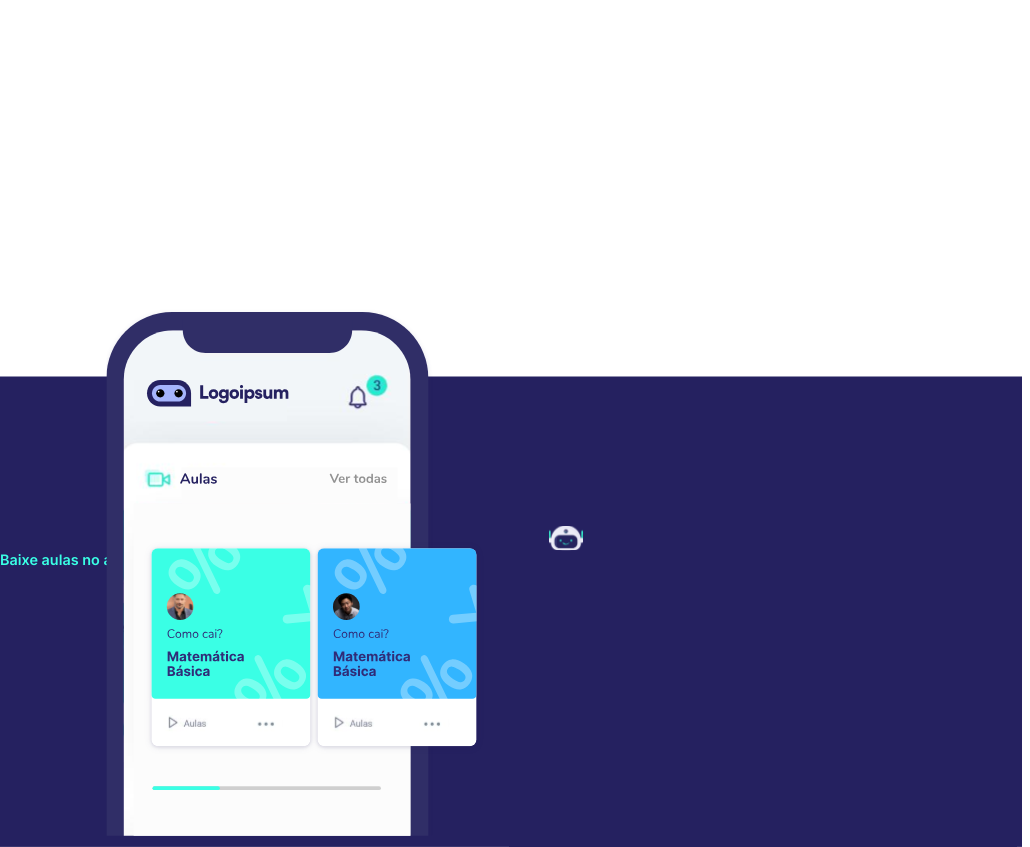
Repository: Williamlmachado/Desafio-Landing-page
Page: index.html
An editor plug-in stored every save of this project. The page is shown before and after the next save, followed by the edit.
The browser window is 1280 px wide. The page is 1472 px wide, so the pictures cover 1472 px, including what lies to the right of the window. The pictures show the part of the page from y = 3997 to 5677 px (the page is 5207 px tall before and 5677 px after), at 70% of full size.
Some icons come from a web library that is not loaded, so they are not drawn.

Above is the page before, as saved 2021-11-10 16:47:25.

### index.html
<!DOCTYPE html>
<html lang="en">

<head>
  <meta charset="UTF-8">
  <meta http-equiv="X-UA-Compatible" content="IE=edge">
  <meta name="viewport" content="width=device-width, initial-scale=1.0">
  <link rel="stylesheet" href="path/to/font-awesome/css/font-awesome.min.css">
  <link href="https://fonts.googleapis.com/css2?family=Inter:wght@100;200;300;400;500;600&display=swap" rel="stylesheet">
  <link href="https://fonts.googleapis.com/css2?family=Nunito:ital,wght@0,200;0,300;0,400;0,700;0,800;0,900;1,200;1,300;1,400;1,600;1,700;1,800;1,900&display=swap" rel="stylesheet">
  <link href="https://fonts.googleapis.com/css2?family=Fredoka+One&display=swap" rel="stylesheet">
  <link href="https://cdn.jsdelivr.net/npm/bootstrap@5.1.3/dist/css/bootstrap.min.css" rel="stylesheet"
    integrity="sha384-1BmE4kWBq78iYhFldvKuhfTAU6auU8tT94WrHftjDbrCEXSU1oBoqyl2QvZ6jIW3" crossorigin="anonymous">
  <link rel="stylesheet" href="style.css">
  <script src="https://cdn.jsdelivr.net/npm/bootstrap@5.1.3/dist/js/bootstrap.bundle.min.js"
    integrity="sha384-ka7Sk0Gln4gmtz2MlQnikT1wXgYsOg+OMhuP+IlRH9sENBO0LRn5q+8nbTov4+1p"
    crossorigin="anonymous"></script>
  <title>Document</title>

<body>
  <nav class="navbar navbar-expand-lg navbar-light bg-light">
    <a class="navbar-brand" href="#">
      <img src="img/logoipsum-logo-40 2.svg" alt="logo">
    </a>
    <button class="navbar-toggler" type="button" data-toggle="collapse" data-target="#navbarNav" aria-controls="navbarNav" aria-expanded="false" aria-label="Toggle navigation">
      <span class="navbar-toggler-icon"></span>
    </button>
    <nav>
    <div class="collapse navbar-collapse" id="navbarNav">
      <ul class="navbar-nav">
      <nav class="navbar-nav ml-auto">
        <li class="nav-item">
          <a class="nav-link disabled" href="#">Home <span class="sr-only"></span></a>
        </li>
        <li class="nav-item">
          <a class="nav-link disabled" href="#">Quem Somos</a>
        </li>
        <li class="nav-item-right">
          <a class="nav-link disabled" href="#">Plano</a>
        </li>
        <li class="nav-item">
          <a class="nav-link disabled" href="#">Fale Conosco</a>
        </li>
        <li class="nav-item">
          <button class="nav-button" type="button">Entrar</button>
        </li>
      </nav>
      </ul>
    </div>
  </nav>
    <div class="retangle-1">
      <div class="row">
          <div class="retangle-8">
           <div class="col"><img class="spaceboy" src="img/image 3.svg" alt="astronauta"><H4 class="frase1">Seja aprovado no Enem e Vestibulares :)</H4>
          <H1 class="frase2">Você escolhe o que aprender.</H1></div>
          <h4 class="frase3">Aqui você terá toda assistência que precisa
            com materiais desenvolvido por mestres e doutores em matemática</h4>
          <button type="button" class="buttonret"><p class="fraseButton">Veja nossos planos</p><i class="fas fa-arrow-right"></i></button>
          </div>
          </div>
        <div class="col"><img class="boy" src="img/image 8.svg" alt="garoto"></div>
     </div>
    </div>
  <div class="retangle-2">
    <div class="escolas">
    <img src="img/Captura de Tela 2021-05-22 às 02.33 1.svg" alt="escolas">
  </div>
  <div class="row">
    <div class="col"><img class="smallogos" src="img/Group 53.svg" alt="smallogos"><p class="group12"><img class="group12" src="img/Group 12.svg"></p><p><img class="group13" src="img/Group 13.svg"></p><p><img class="group14" src="img/Group 14.svg"></p></div>
    <div class="col"><img class="adolescente" src="img/pretty-teenager-happy-to-be-back-at-university 1.svg" alt="prettyteenager"></div>
  </div>
    <div class="retangle-3">
      <div class="row">
        <div class="column1"><img class="feliz" src="img/image 43.svg" alt="foguete"><div class="frase4"><p>100% MATEMÁTICA</p></div><h3 class="frase5">Matemática pra quem quer entrar na facul</h3><h4 class="frase6">Somos um cursinho online especialista em ensinar matemática. Temos os melhores professores mestres e doutores para tirar suas dúvidas e te ensinar matemática desde a teoria até a resolução de exercícios de todos os níveis.</h4></div></div>

       <div class="column2"><img class="foguete" src="img/image 45.svg" alt="feliz"><div class="frase7"><p>QUER SER APROVADO?</p></div><h3 class="frase8">Se seu foco é ser aprovado, nós estamos aqui por você.</h3><h4 class="frase9">Somos um cursinho online especialista em ensinar matemática. Temos os melhores professores mestres e doutores para tirar suas dúvidas e te ensinar matemática desde a teoria até a resolução de exercícios de todos os níveis.</h4></div></div>
        </div>
      </div>
    </div>
    <div class="retangle-4">
      <div class="row">
        <div class="col"><img class="celular" src="img/Frame 12.svg"><img class="celulardados" src="img/Group 41.svg"><img class="spaceboy2" src="img/image 3.svg" alt="spaceboy2"><h4 class="Baixe">Baixe aulas no app e estude offline</h4></div>
        <div class="col"></div>
    </div>
  </div>
  <!-- <footer id="footer" class="py-5">
    <div class="row">
      <div class="col-md-5">
        <img class="" src="img/logoipsum-logo-40 2.svg" alt="logo">
        <div><img class=""src="img/Captura de Tela 2021-05-25 às 19.59 1.svg" alt="androideios"></div>
      </div>
      <div class="col-sm-2">
        <h5>Localização</h5>
        <p>Av. Brg. Faria Lima , 1422 São Paulo - SP </p>
      </div>
      <div class="col-sm-2">
        <h5>Fale Conosco</h5>
        <p>(22) 4442-0126</p>
        <p>info@digihouse.com</p>
      </div>
      <div class="col-sm-2">
        <h5>Política</h5>
        <p>Direitos autorais</p>
        <p>Termos de uso</p>
        <p>Políticas de Privacidade</p>
      </div>
      <hr class="linha"> -->
      <!-- <img class="copyright" src="img/Copyright.svg" alt="copyright"> -->
<span>Copyright 2021. All Right Reserved </span>
  </footer>
  </div>
</body>
</head>
</html>

### style.css
.nav-button{
    display: flex;
    flex-direction: row;
    justify-content: center;
    align-items: center;
    padding: 15px 116px;

    width: 133px;
    height: 43px;
    left: 1239px;
    top: 18px;

    /* Primary */
    background: #252160;

    /* Branco */
    border: 1px solid #FFFFFF;
    box-sizing: border-box;
    border-radius: 6px;
    color: #FFFFFF;
}

.nav-home{
    position: absolute;
    width: 46px;
    height: 22px;
    left: 5px;
    top: 0px;

    font-family: Inter;
    font-style: normal;
    font-weight: bold;
    font-size: 16px;
    line-height: 22px;

    /* identical to box height, or 137% */

    /* Primary */
    color: #252160;
}

.navbrad-brand{
    position: absolute;
    left: 58.02%;
    right: 35.2%;
    top: 34.99%;
    bottom: 29.03%;

    /* Primary */
    background: #252160;
}

#footer{
    position: absolute;
    width: 1550px;
    height: 373px;
    /* left: calc(50% - 1449px/2 + 4.5px); */
    top: calc(50% - 373px/2 + 2603.5px);

    /* Branco */
    background: #FFFFFF;
}

.imagemfooter{
    position: absolute;
    left: 3.51%;
    right: 72.51%;
    top: 18.75%;
    bottom: 18.75%;
    color: #A5B4FC;
}

.linha{
    margin-top: 150px;
    position: absolute;
    width: 1210px;
    left: 135px;
    border: 1px solid rgba(84, 84, 212, 0.34);
}

.col-md-5{
    align-items: center;
    align-content: center;
}

.copyright{

}

.retangle-1{
    position: absolute;
    width: 1440px;
    height: 821px;
    left: 0px;
    top: 79px;

    /* Primary */
    background: #252160;
}

.spaceboy{
    position: absolute;
    width: 50.02px;
    height: 36.06px;
    left: 125px;
    right: 150px;
    flex: none;
    order: 0;
    flex-grow: 0;
    margin: 50px -15px;
    transform: rotate(+15.22deg);
}

.retangle-2{
    position: absolute;
    width: 1440px;
    height: 821px;
    left: 0px;
    top: 900px;
    background: #ffff;
}
.retangle-3{
    position: absolute;
    width: 1440px;
    height: 954px;
    left: 0px;
    top: 800px;
    background: #F8F8F8
}

.escolas{
    position: absolute;
    width: 1270px;
    height: 164px;
    left: 66px;
    top: 35px;
}

.adolescente{
    position: relative;
    width: 600px;
    height: 738px;
    left: 25px;
    top: 105px;
    flex: none;
    order: 0;
    flex-grow: 0;
    margin: 6px 0px;
}

.smallogos{
    position: absolute;
    width: 67.79px;
    height: 403.63px;
    left: 112px;
    top: 275px;
}

.group12{
    position: absolute;
    width: 510.72px;
    height: 141px;
    left: 80px;
    top: 220px;
}

.group13{
    position: absolute;
    width: 510.72px;
    height: 155px;
    left: 195px;
    top: 275px;
}

.group14{
    position: absolute;
    width: 510.72px;
    height: 131px;
    left: 214px;
    top: 618px;
}

.boy{
    position: absolute;
    left: 763px;
    right: 143px;
    top: 153px;
    bottom: 120px;

}

.retangle-8{
    /* Rectangle 8 */

    position: absolute;
    width: 741.6px;
    height: 645.98px;
    left: 60px;
    top: 106px;

    background: #292663;
    border-radius: 124px;
    transform: rotate(-15.22deg);
    }

.frase1{
    position: absolute;
    width: 472px;
    height: 28px;
    top: 81PX;
    left:200px;
    right: 100px;

    font-family: inter;
    font-style: normal;
    font-weight: bold;
    font-size: 20.59px;
    line-height: 26px;

    color: #3AFFE5;

    flex: none;
    order: 1;
    flex-grow: 0;
    margin: 50px -30px;
    transform: rotate(+15.22deg);
}

.frase2{
    position: absolute;
    width: 631px;
    height: 151px;
    left: 65px;
    top: 200px;

    font-family: Fredoka One;
    font-style: normal;
    font-weight: normal;
    font-size: 65.1467px;
    line-height: 76px;
    transform: rotate(+15.22deg);
    /* or 116% */
    letter-spacing: -0.01em;

    /* Branco */
    color: #FFFFFF;
}

.frase3{
    position: absolute;
    width: 523px;
    height: 87px;
    left: 35px;
    top: 350px;

    font-family: Inter;
    font-style: normal;
    font-weight: normal;
    font-size: 19.45px;
    line-height: 29px;
    transform: rotate(+15.22deg);
    /* or 149% */
    letter-spacing: 0.38px;

    color: #FFFFFF;
}

.buttonret{
    display: flex;
    flex-direction: row;
    justify-content: center;
    align-items: center;
    padding: 15px 116px;

    position: absolute;
    width: 380.41px;
    height: 59.33px;
    left: 15px;
    top: 440px;
    transform: rotate(+15.22deg);
    /* Secundary */
    background: #3AFFE5;
    border-radius: 6px;
}

.fraseButton{
    position: static;
    height: 21px;
    left: 22.42%;
    right: 37.1%;
    top: calc(50% - 21px/2 + 0px);

    font-family: Inter;
    font-style: normal;
    font-weight: bold;
    font-size: 17.45px;
    line-height: 21px;
    text-align: center;
    letter-spacing: -0.618281px;

    /* Primary */
    color: #252160;


    /* Inside Auto Layout */
    flex: none;
    order: 0;
    flex-grow: 0;
    margin: 0px 24px;
}

.feliz{

    position: absolute;
    width: 430.2px;
    height: 469.21px;
    left: 817.06px;
    top: 425px;
    background: url(.png);
    transform: rotate(-12.24deg);
}

.frase4{
    position: absolute;
    width: 394.54px;
    height: 30px;
    left: 705px;
    top: 88px;
    font-family: Nunito;
    font-style: normal;
    font-weight: bold;
    font-size: 22px;
    line-height: 30px;
    /* Azul */
    color: #32B5FF;
}

.frase5{
    position: absolute;
width: 575.63px;
height: 122px;
left:705px;
top: 123px;

font-family: Nunito;
font-style: normal;
font-weight: bold;
font-size: 44.83px;
line-height: 61px;

/* Primary */
color: #252160;
}

.frase6{
    position: absolute;
    width: 600px;
    height: 182.69px;
    left: 705px;
    top: 261px;

    font-family: Inter;
    font-style: normal;
    font-weight: normal;
    font-size: 20px;
    line-height: 37px;

    /* or 186% */

    /* Gray - 200 */
    color: #7B7B7B;
}

.frase7{
    position: absolute;
    width: 394.54px;
    height: 30px;
    left: 135px;
    top: 575px;
    font-family: Nunito;
    font-style: normal;
    font-weight: bold;
    font-size: 22px;
    line-height: 30px;
    /* Azul */
    color: #32B5FF;
}


.frase8{
    position: absolute;
    width: 575.12px;
    height: 121.47px;
    left: 135px;
    top: 618.53px;

    font-family: Nunito;
    font-style: normal;
    font-weight: bold;
    font-size: 44.8277px;
    line-height: 61px;

    /* Primary */
    color: #252160;
}

.frase9{
    position: absolute;
    width: 598px;
    height: 157px;
    left: 135px;
    top: 753.53px;

    font-family: Inter;
    font-style: normal;
    font-weight: normal;
    font-size: 20px;
    line-height: 37px;

    /* or 185% */

    /* Gray - 200 */
    color: #7B7B7B;
}

.foguete{
    position: absolute;
    width: 450px;
    height: 450px;
    left: 167px;
    top: 75px;

}

.retangle-4{
    position: absolute;
    width: 1460px;
    height: 672px;
    left: 0px;
    top: 4535px;
    background: #252160;
}

.celular{
    position: absolute;
    width: 480px;
    height: 756px;
    left: 152px;
    top: -100px;
}

.celulardados{
    position: absolute;
    width: 482.9px;
    height: 294.32px;
    left: 207.1px;
    top: 240.53px;

    filter: drop-shadow(0px 1.08032px 5.40161px rgba(37, 33, 96, 0.1));
}
.spaceboy2{
    width: 50.02px;
    height: 36.06px;
    margin-top: 213px;
    margin-left: 784px;
}

.Baixe{
    position: static;
    width: 472px;
    height: 28px;
    left: 213.02px;
    top: 857.02px;

    font-family: Inter;
    font-style: normal;
    font-weight: bold;
    font-size: 20.59px;
    line-height: 26px;

    /* or 124% */

    /* Secundary */
    color: #3AFFE5;


    /* Inside Auto Layout */
    flex: none;
    order: 1;
    flex-grow: 0;
    margin-top: ;
}

After the next save:
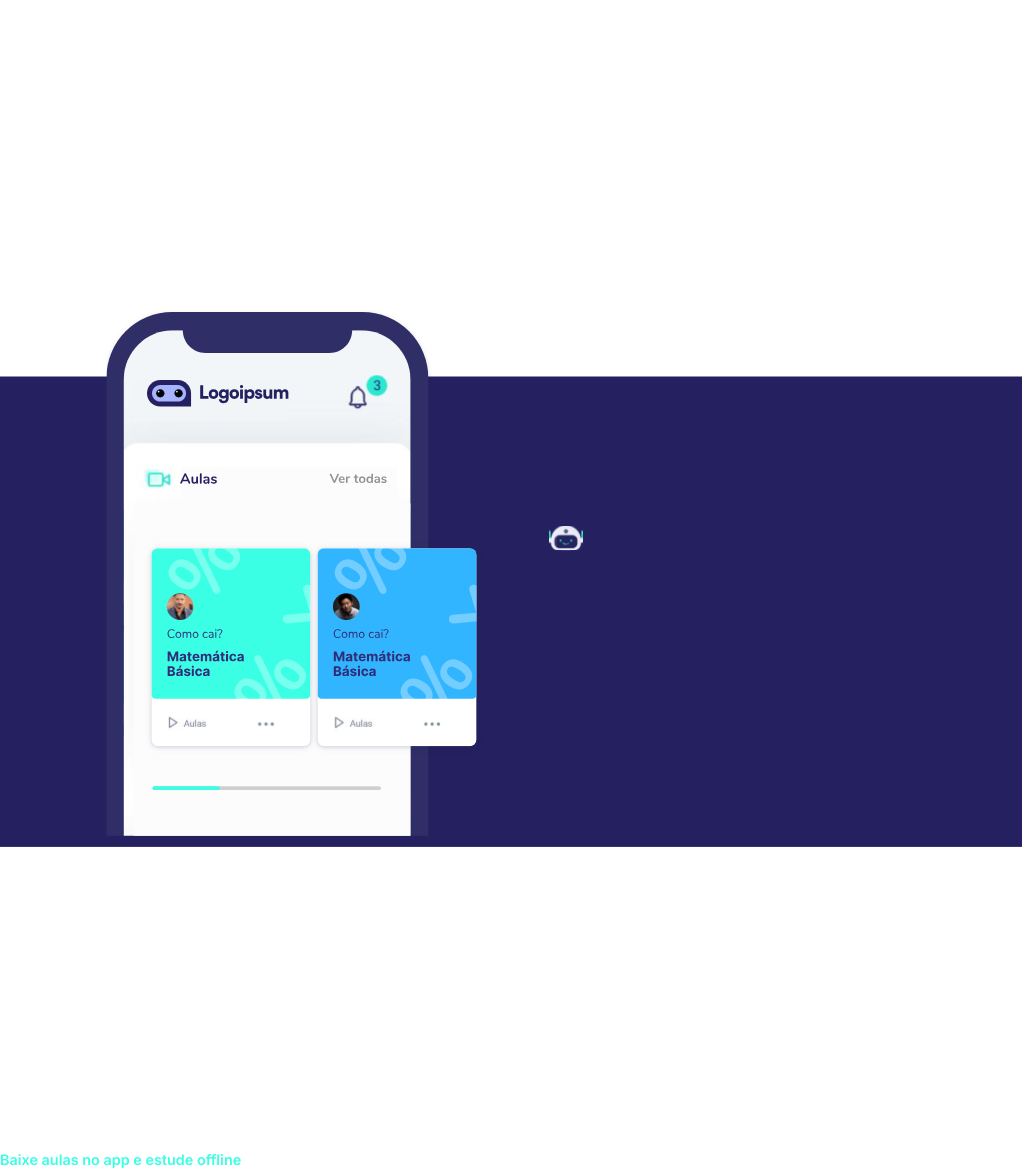
Saved 20 s later.
--- a/style.css
+++ b/style.css
@@ -488,5 +488,6 @@
     flex: none;
     order: 1;
     flex-grow: 0;
-    margin-top: ;
-}
+    margin-top:857.02px;
+    left: 213.02px;
+}
